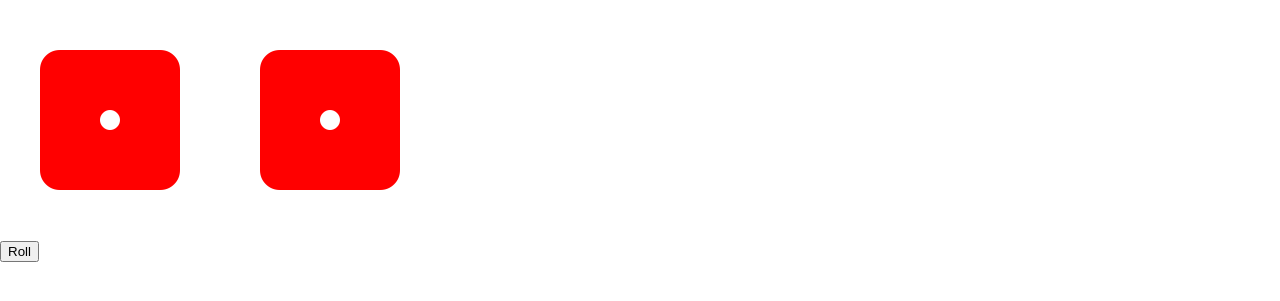
Repository: dung8466/learn-react
Page: / (app in roll-dice/)
The author's editor kept a copy of each file at every save. The page is drawn from the files as they stood at one save, then again after the next save.
The browser window is 1280 px wide. The pictures show the whole page.
The project was rebuilt for these pictures with package versions that can differ from the ones it lists, and the page was loaded fresh each time. Also part of the build but not shown: roll-dice/src/App.css, roll-dice/src/RollDice.css.

Above is the page before, as saved 2022-09-17 21:04:14.

### roll-dice/public/index.html
<!DOCTYPE html>
<html lang="en">
  <head>
    <meta charset="utf-8" />
    <link rel="icon" href="%PUBLIC_URL%/favicon.ico" />
    <meta name="viewport" content="width=device-width, initial-scale=1" />
    <meta name="theme-color" content="#000000" />
    <meta
      name="description"
      content="Web site created using create-react-app"
    />
    <link
      rel="stylesheet"
      href="https://use.fontawesome.com/releases/v5.7.0/css/all.css"
      integrity="sha384-lZN37f5QGtY3VHgisS14W3ExzMWZxybE1SJSEsQp9S+oqd12jhcu+A56Ebc1zFSJ"
      crossorigin="anonymous"
    />
    <link rel="apple-touch-icon" href="%PUBLIC_URL%/logo192.png" />
    <!--
      manifest.json provides metadata used when your web app is installed on a
      user's mobile device or desktop. See https://developers.google.com/web/fundamentals/web-app-manifest/
    -->
    <link rel="manifest" href="%PUBLIC_URL%/manifest.json" />
    <!--
      Notice the use of %PUBLIC_URL% in the tags above.
      It will be replaced with the URL of the `public` folder during the build.
      Only files inside the `public` folder can be referenced from the HTML.

      Unlike "/favicon.ico" or "favicon.ico", "%PUBLIC_URL%/favicon.ico" will
      work correctly both with client-side routing and a non-root public URL.
      Learn how to configure a non-root public URL by running `npm run build`.
    -->
    <title>React App</title>
  </head>
  <body>
    <noscript>You need to enable JavaScript to run this app.</noscript>
    <div id="root"></div>
    <!--
      This HTML file is a template.
      If you open it directly in the browser, you will see an empty page.

      You can add webfonts, meta tags, or analytics to this file.
      The build step will place the bundled scripts into the <body> tag.

      To begin the development, run `npm start` or `yarn start`.
      To create a production bundle, use `npm run build` or `yarn build`.
    -->
  </body>
</html>

### roll-dice/src/App.js
import React, {Component} from 'react';
import './App.css';
import Rolldice from './RollDice';
class App extends Component {
  render(){
  return (
    <Rolldice />
  );
}
}

export default App;

### roll-dice/src/RollDice.js
import React, {Component} from "react";
import Dice from "./Dice";
import './RollDice.css';

class Rolldice extends Component{
    static defaultProps = {
        sides : ['one' , 'two', 'three', 'four', 'five', 'six']
    }
    constructor(props){
        super(props);
        this.state = {dice1 : 'one', dice2: 'one', rolling: false};
        this.roll = this.roll.bind(this);
    };
    roll(){
        let temp1 = this.props.sides[Math.floor(Math.random() * this.props.sides.length)];
        let temp2 = this.props.sides[Math.floor(Math.random() * this.props.sides.length)];
        this.setState = {dice1 : temp1, dice2: temp2, rolling: true};
        setTimeout(() => {
            this.setState({ rolling: false });
          }, 1000);
    };
    render(){
        return(
            <div className="container">
                <div className="dice">
                    <Dice face={this.state.dice1} rolling={this.state.rolling}/>
                    <Dice face={this.state.dice2} rolling={this.state.rolling}/>
                </div>
                <button className="btn">Roll</button>
            </div>
        );
    }
}

export default Rolldice;

### roll-dice/src/Dice.js
import React, {Component} from 'react';
import './Dice.css'

class Dice extends Component{
    render(){
        return(
            <i className={`fas fa-dice-${this.props.face} ${this.props.rolling && 'shaking'}`}></i>
        );
    }
}

export default Dice;

### roll-dice/src/Dice.css
.fas{
    font-size: 10em;
    padding: 0.25em;
    color: steelblue;
    margin: 0;
}

.fa-dice-one{
    color: red;
}

.shaking {
    animation-name: wobble;
    animation-duration: 1s;
  }

  @keyframes wobble {
    from {
      transform: translate3d(0, 0, 0);
    }

    15% {
      transform: translate3d(-25%, 0, 0) rotate3d(0, 0, 1, -5deg);
    }

    30% {
      transform: translate3d(20%, 0, 0) rotate3d(0, 0, 1, 3deg);
    }

    45% {
      transform: translate3d(-15%, 0, 0) rotate3d(0, 0, 1, -3deg);
    }

    60% {
      transform: translate3d(10%, 0, 0) rotate3d(0, 0, 1, 2deg);
    }

    75% {
      transform: translate3d(-5%, 0, 0) rotate3d(0, 0, 1, -1deg);
    }

    to {
      transform: translate3d(0, 0, 0);
    }
  }

Loaded but not shown: roll-dice/src/index.js (common file); roll-dice/src/index.css (common file); roll-dice/src/reportWebVitals.js (common file)

After the next save:
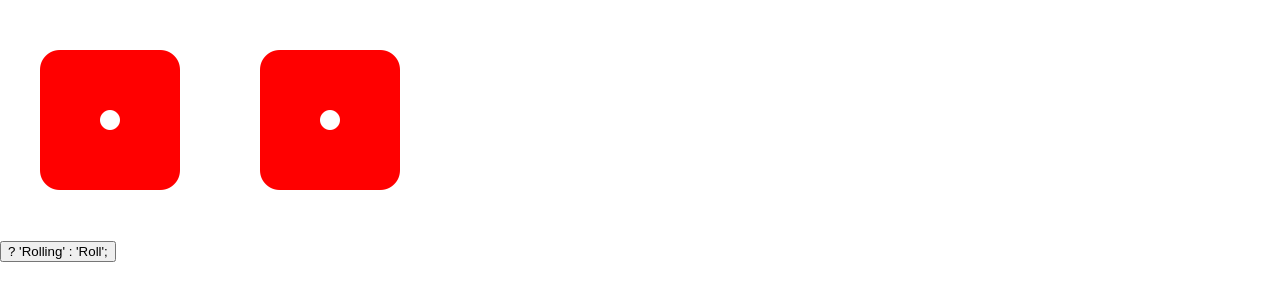
Saved 97 s later.
--- a/roll-dice/src/RollDice.js
+++ b/roll-dice/src/RollDice.js
@@ -26,7 +26,9 @@ class Rolldice extends Component{
                     <Dice face={this.state.dice1} rolling={this.state.rolling}/>
                     <Dice face={this.state.dice2} rolling={this.state.rolling}/>
                 </div>
-                <button className="btn">Roll</button>
+                <button className="btn" onClick={this.roll} disabled={this.state.rolling}>
+                    {this.state.rolling} ? 'Rolling' : 'Roll';
+                </button>
             </div>
         );
     }
